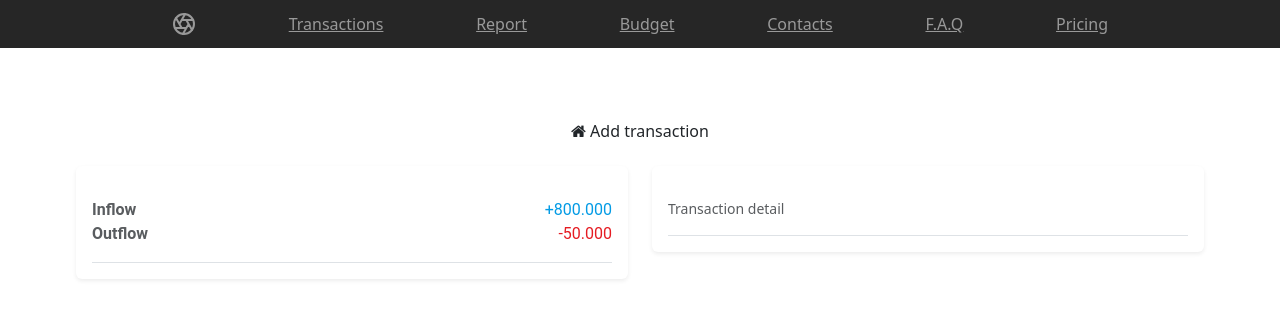
Repository: Nuriddinkhuja/budget-app-advanced
Page: index.html
An editor plug-in stored every save of this project. The page is shown before and after the next save, followed by the edit.
The browser window is 1280 px wide. The pictures show the whole page.
Some web libraries are served in a nearby version.

Above is the page before, as saved 2019-12-18 14:55:46.

After the next save:
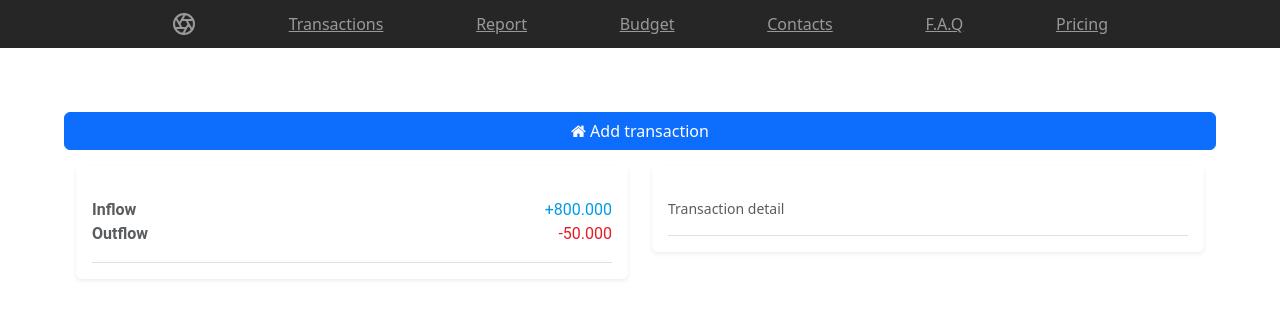
Saved 3 min 56 s later.
--- a/index.html
+++ b/index.html
@@ -24,7 +24,7 @@
     </nav>
     <div class="container-flow">
         <div class="row p-3 p-md-5 m-md-3">
-            <button class="btn"><i class="fa fa-home"></i> Add transaction</button>
+            <button class="btn btn-primary"><i class="fa fa-home"></i> Add transaction</button>
             <div class="col-sm">
                 <div class="my-3 p-3 bg-white rounded shadow-sm">
                     <div class="media text-muted pt-3">
